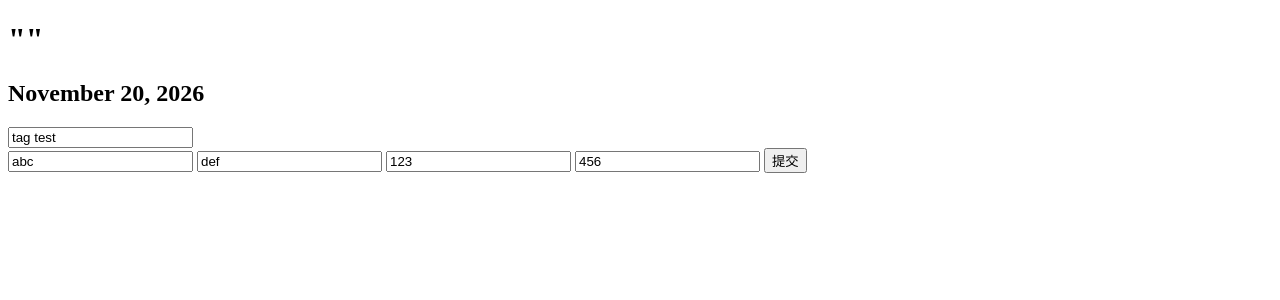
Repository: luckybright/springmvc
Page: http://localhost/springmvc/jsp/echo.jsp
An editor plug-in stored every save of this project. The page is shown before and after the next save, followed by the edit.
The browser window is 1280 px wide. The pictures show the whole page.
The page is served by Tomcat 9. Nobody is signed in. The application's start-up code is not run.

Above is the page before, as saved 2014-04-23 07:35:31.

After the next save:
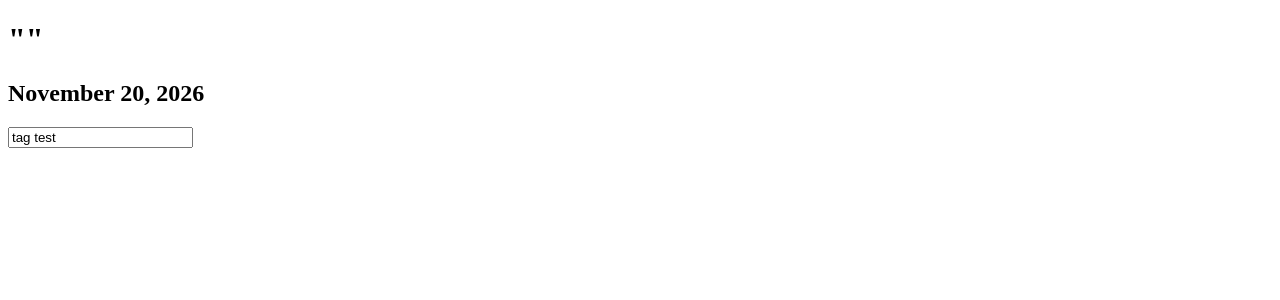
Saved 72 s later.
--- a/springmvc/WebContent/jsp/echo.jsp
+++ b/springmvc/WebContent/jsp/echo.jsp
@@ -11,12 +11,5 @@
 <h1>"${aJspValue}"</h1>
 <h2><site-utils:lastModified/></h2>
 <site-utils:textInput/>
-<form action="product/tableform.cmd" method="post">
-<input type="text" value="abc" name="tablename">
-<input type="text" value="def" name="tablename">
-<input type="text" value="123" name="tablename">
-<input type="text" value="456" name="tablename">
-<input type="submit" value="提交">
-</form>
 </body>
 </html>
